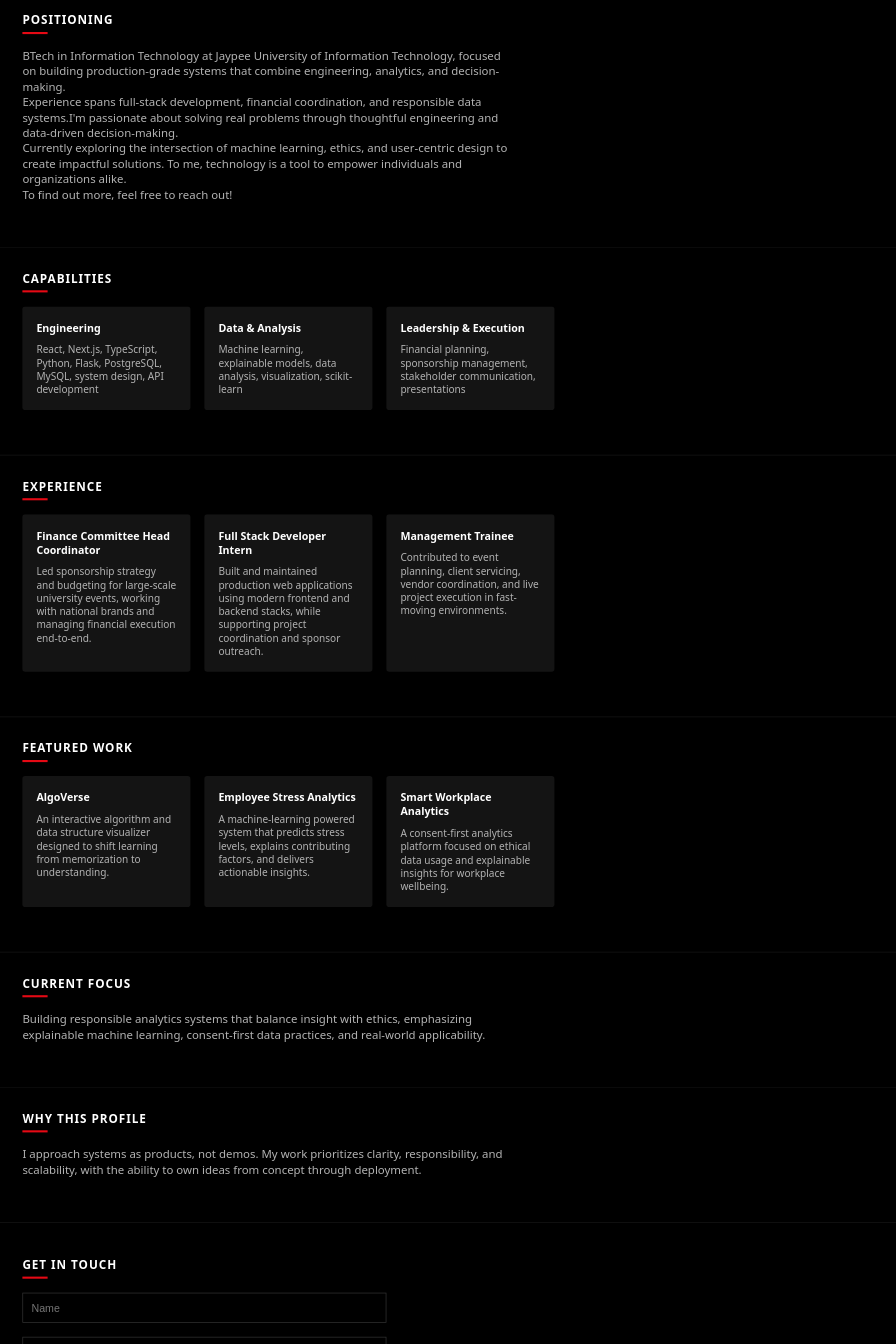
Repository: PratapOP/main-portfolio
Page: / (app in frontend/)
An editor plug-in stored every save of this project. The page is shown before and after a run of saves, followed by the edit.
The browser window is 1280 px wide. The pictures show the part of the page from y = 664 to 2584 px (the page is 2888 px tall before and 2910 px after), at 70% of full size.
The project was rebuilt for these pictures with package versions that can differ from the ones it lists, and the page was loaded fresh each time. Also part of the build but not shown: frontend/vite.config.js.

Above is the page before, as saved 2026-01-01 18:53:45.

After the next 3 saves:
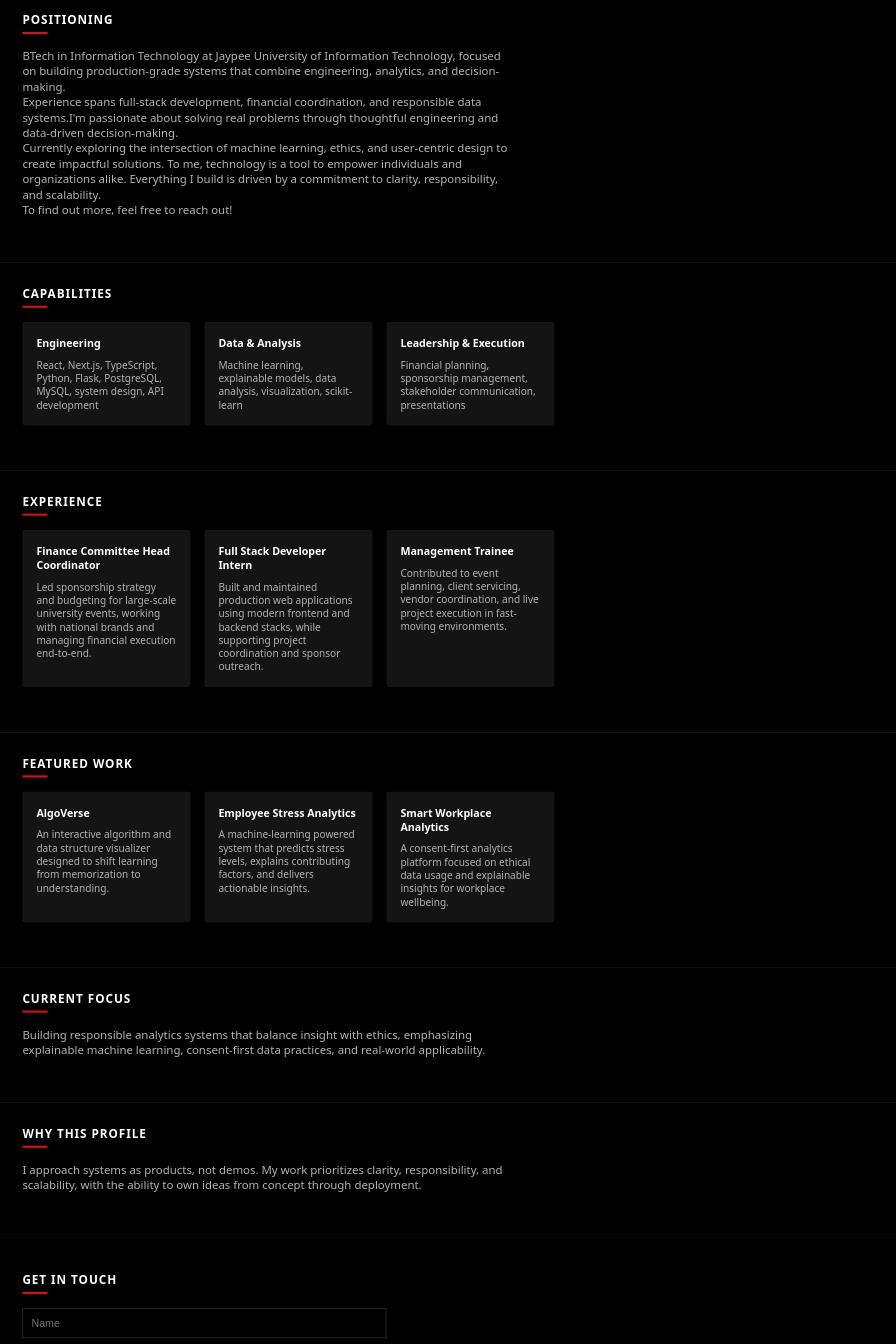
The 3 saves are shown as one change because they came seconds apart.
The last was saved 14 s later.
--- a/frontend/src/sections.jsx
+++ b/frontend/src/sections.jsx
@@ -60,7 +60,7 @@
             <br/>
             Currently exploring the intersection of machine learning, ethics, and user-centric design to create impactful solutions.
             To me, technology is a tool to empower individuals and organizations alike.
-
+            Everything I build is driven by a commitment to clarity, responsibility, and scalability.
             <br/>
             To find out more, feel free to reach out!
             </p>
